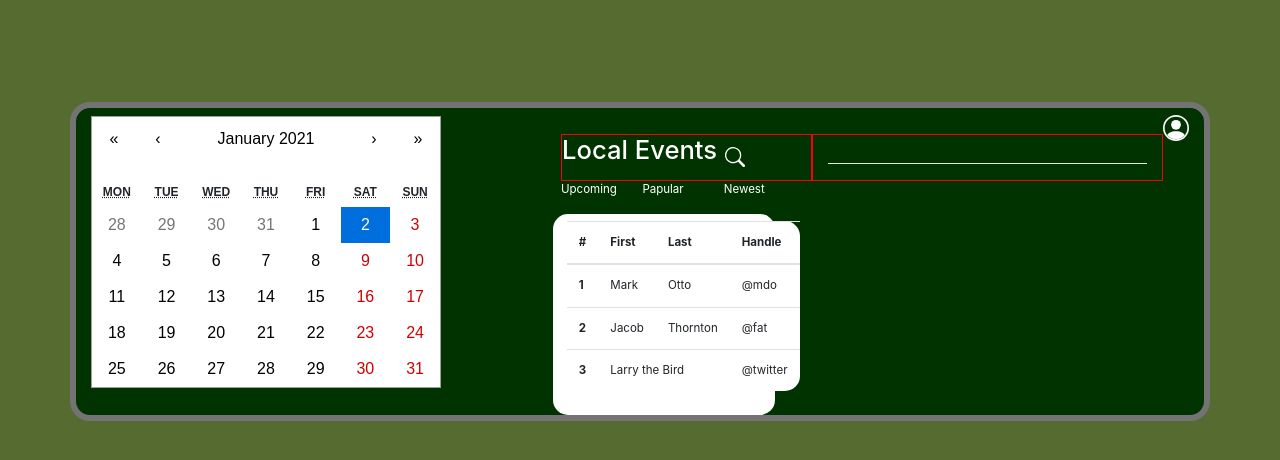
Repository: lalji-yadav/Calendar-code
Page: /
These files come from the project's save history. The page is drawn as it stood at one moment and after the next save; the edit follows.
The browser window is 1280 px wide. The pictures show the whole page.
The project was rebuilt for these pictures with package versions that can differ from the ones it lists, and the page was loaded fresh each time. Also part of the build but not shown: src/App.css.

Above is the page before, as saved 2021-01-04 10:31:29.

After the next save:
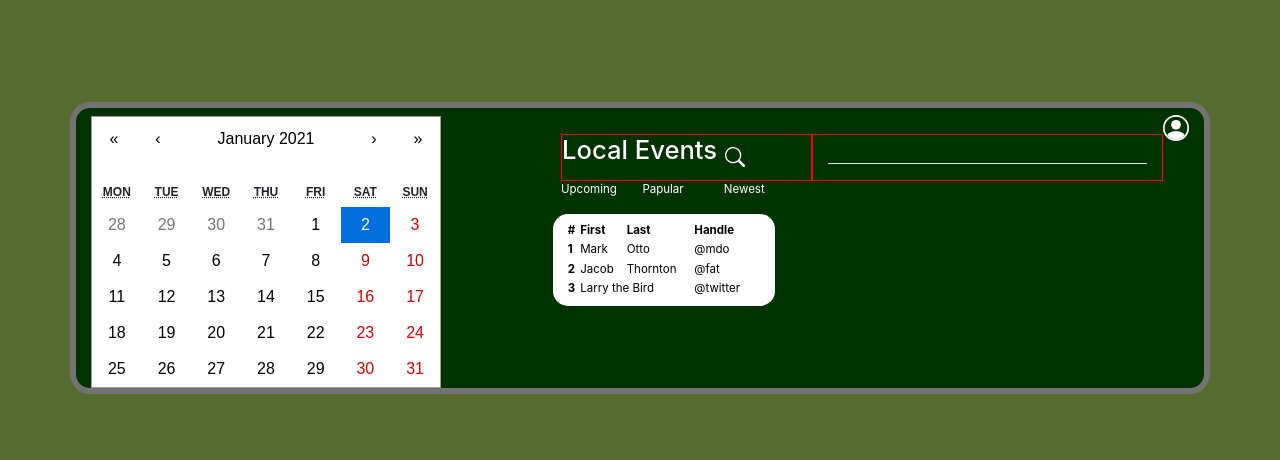
Saved 53 s later.
--- a/src/calendar/Home.js
+++ b/src/calendar/Home.js
@@ -52,7 +52,7 @@
              {/* Carosal design  */}
 
              <div className="tablebox">
-                <table className="table tablebox">
+                <table className="tablebox">
                     <thead>
                       <tr>
                         <th scope="col">#</th>
